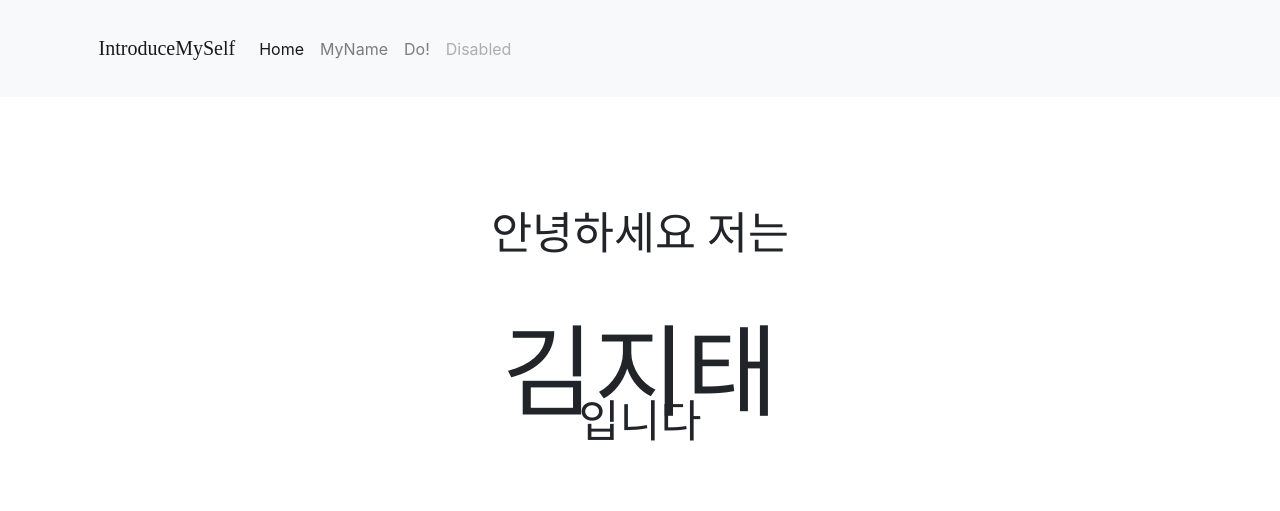
Repository: wlxo0401/IntroduveMySelf
Page: IntroduceMySelf/WebContent/Index.html
The author's editor kept a copy of each file at every save. The page is drawn from the files as they stood at one save, then again after the next save.
The browser window is 1280 px wide. The pictures show the whole page.

Above is the page before, as saved 2020-03-11 05:32:26.

After the next save:
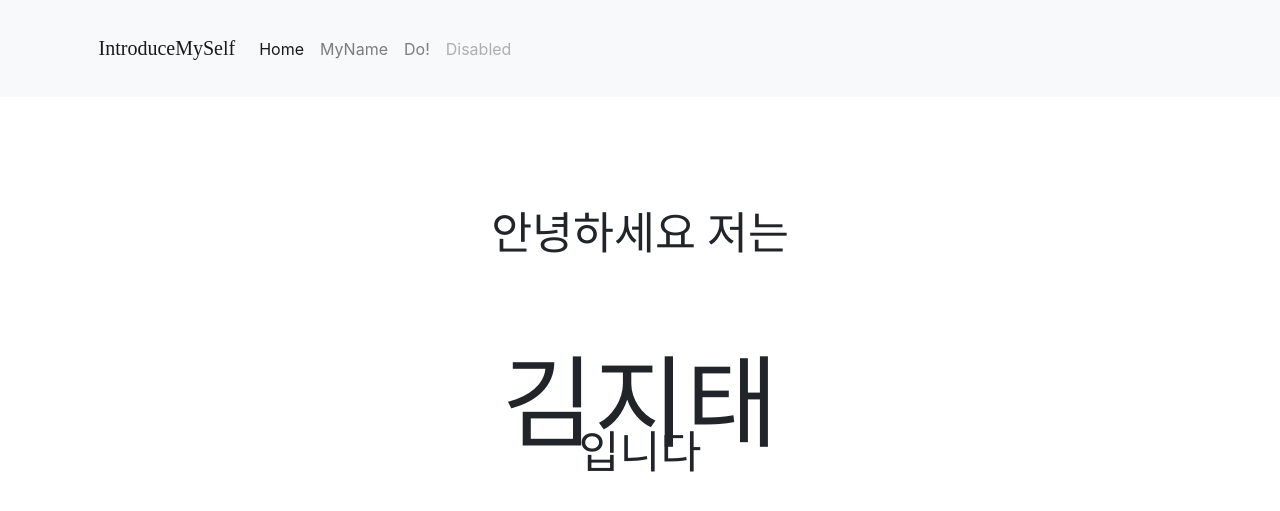
Saved 10 s later.
--- a/IntroduceMySelf/WebContent/style.css
+++ b/IntroduceMySelf/WebContent/style.css
@@ -20,8 +20,7 @@
 
 
 #maintitle2{
-	width: 547;
-	height: 44px;
+
 	font-family: NanumSquareR;
 	font-size: 44.5px;
 	line-height: 1.67;

After the 2 saves that followed:
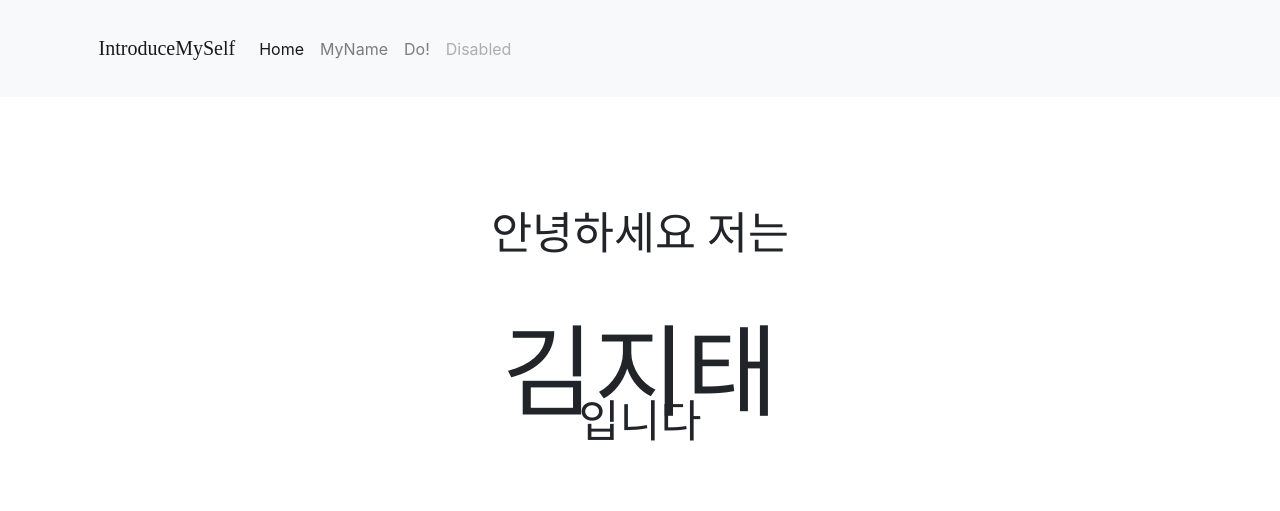
The 2 saves are shown as one change because 1 left the picture as it was.
The last was saved 23 s later.
--- a/IntroduceMySelf/WebContent/style.css
+++ b/IntroduceMySelf/WebContent/style.css
@@ -20,7 +20,8 @@
 
 
 #maintitle2{
-
+	width: 547;
+	height: 44px;
 	font-family: NanumSquareR;
 	font-size: 44.5px;
 	line-height: 1.67;
